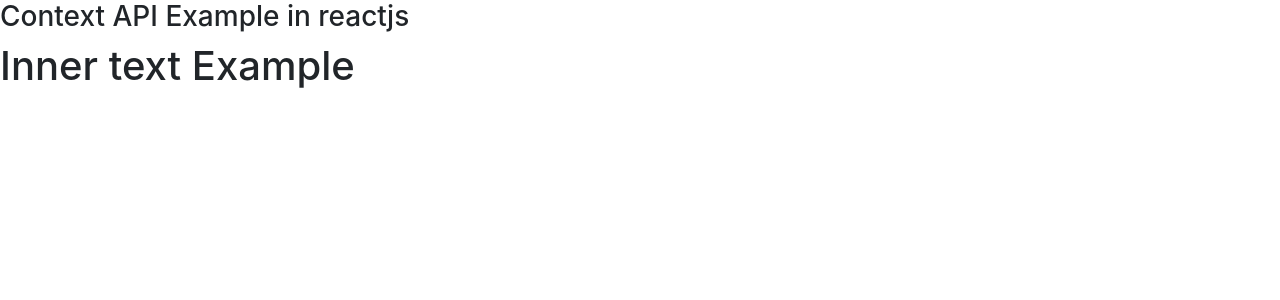
Repository: lalji-yadav/React-Context-API
Page: /compa
These files come from the project's save history. The page is drawn as it stood at one moment and after the next save; the edit follows.
The browser window is 1280 px wide. The pictures show the whole page.
The project was rebuilt for these pictures with package versions that can differ from the ones it lists, and the page was loaded fresh each time. Also part of the build but not shown: src/App.css.

Above is the page before, as saved 2021-02-12 13:13:31.

After the next save:
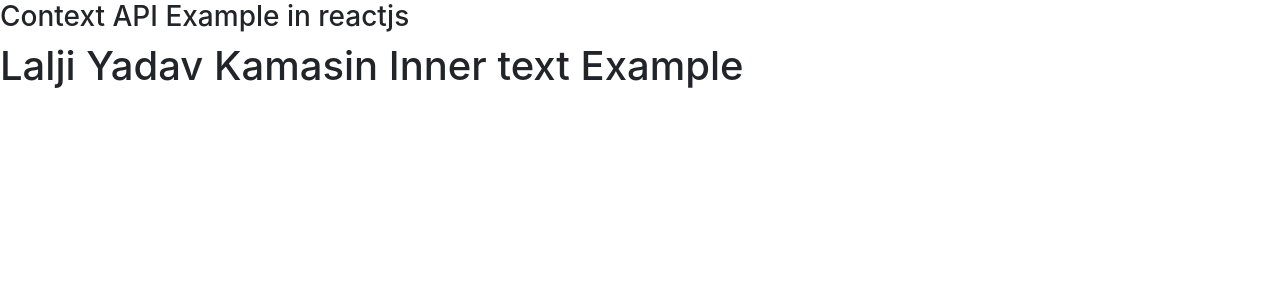
Saved 19 s later.
--- a/src/contextapiAdvance/componentC.js
+++ b/src/contextapiAdvance/componentC.js
@@ -11,7 +11,7 @@ const ComponentC = () => {
                         return (<Ourcontext>
                             {
                                 val=>{
-                                    return (<h1>{val}</h1>)
+                                    return (<h1> {value} {val}</h1>)
                                 }
                             }
                         </Ourcontext>)
